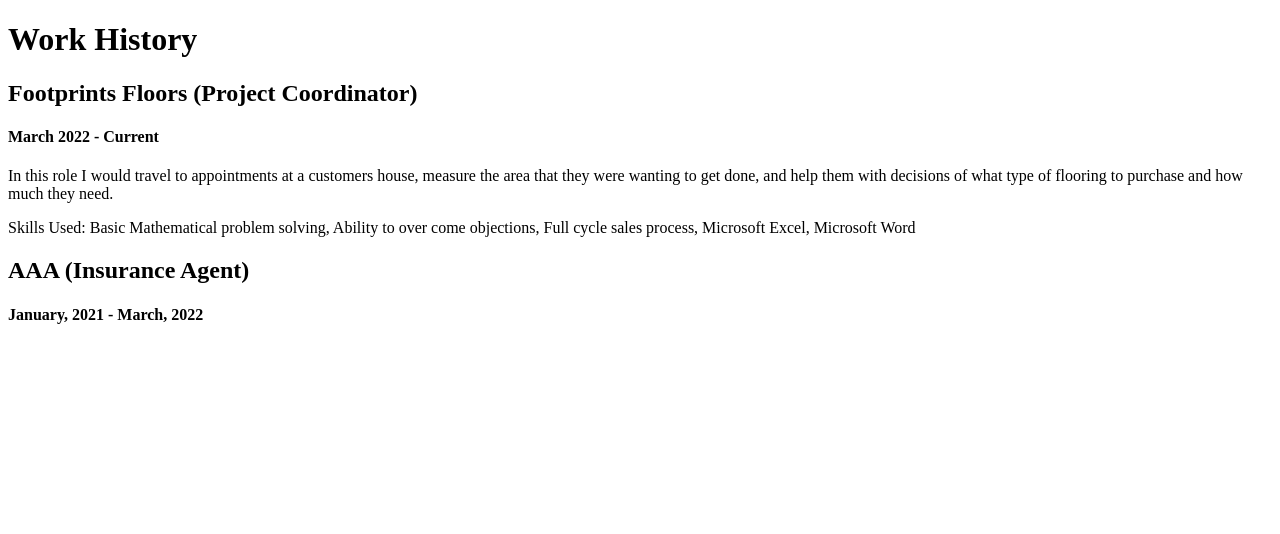
Repository: TEazy2433/LAB-HTML-Resume
Page: index.html
The author's editor kept a copy of each file at every save. The page is drawn from the files as they stood at one save, then again after the next save.
The browser window is 1280 px wide. The pictures show the whole page.

Above is the page before, as saved 2023-10-11 18:42:08.

After the next save:
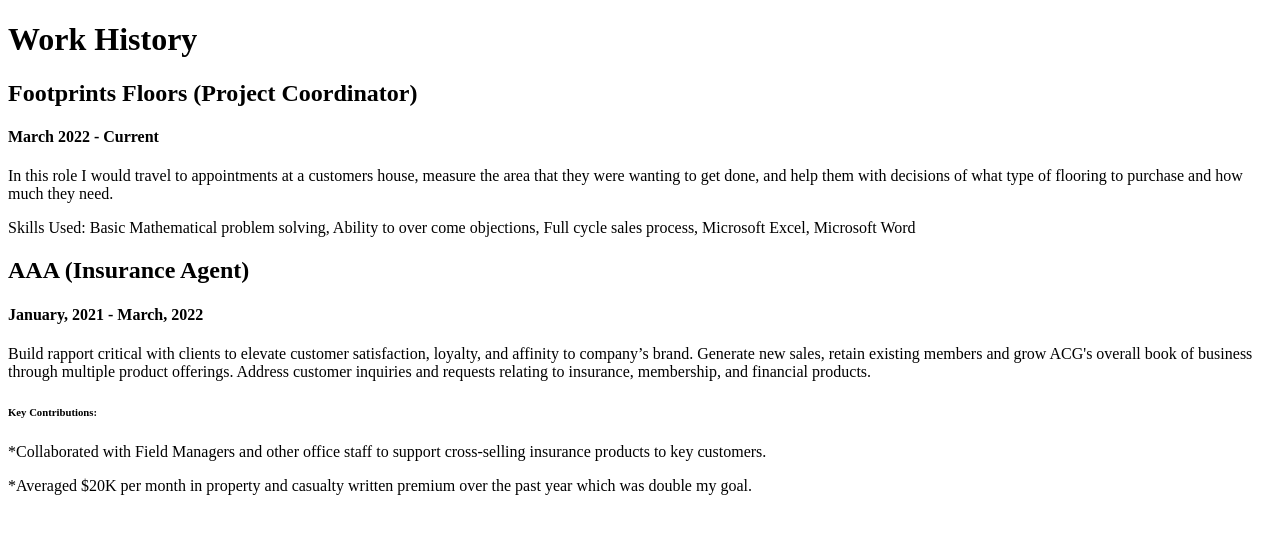
Saved 4 min 58 s later.
--- a/index.html
+++ b/index.html
@@ -17,6 +17,11 @@
 
         <h2>AAA (Insurance Agent)</h2>
         <h4>January, 2021 - March, 2022</h4>
+        <p>Build rapport critical with clients to elevate customer satisfaction, loyalty, and affinity to company’s brand. Generate new sales, retain existing members and grow ACG's overall book of business through multiple product offerings. Address customer inquiries and requests relating to insurance, membership, and financial products.
+        </p>
+        <h6>Key Contributions:</h6>
+        <p>*Collaborated with Field Managers and other office staff to support cross-selling insurance products to key customers.</p>
+        <p>*Averaged $20K per month in property and casualty written premium over the past year which was double my goal.</p>
 
   </article>
   <script src="main.js"></script>
